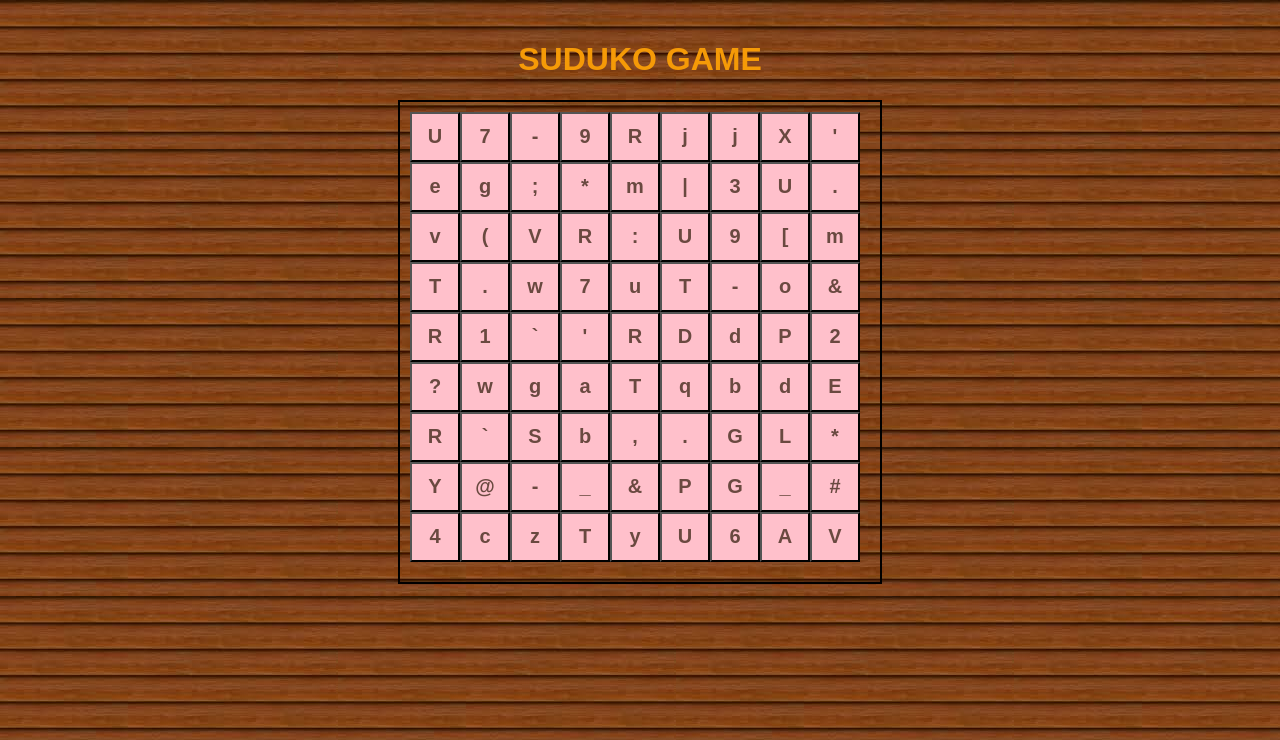
Repository: ahmad8969/Suduko-Game-React-App
Page: /
An editor plug-in stored every save of this project. The page is shown before and after the next save, followed by the edit.
The browser window is 1280 px wide. The pictures show the whole page.
Some web fonts or font styles are not loaded; a fallback is used. The project was rebuilt for these pictures with package versions that can differ from the ones it lists, and the page was loaded fresh each time.

Above is the page before, as saved 2021-03-11 14:07:37.

### src/index.js
import React from 'react';
import ReactDOM from 'react-dom';
import './index.css';
import Board from './board';
import reportWebVitals from './reportWebVitals';

ReactDOM.render(
  <React.StrictMode>
    <Board />
  </React.StrictMode>,
  document.getElementById('root')
);



// If you want to start measuring performance in your app, pass a function
// to log results (for example: reportWebVitals(console.log))
// or send to an analytics endpoint. Learn more: https://bit.ly/CRA-vitals
reportWebVitals();

### src/board.js
import React, { useState}  from 'react';   //{useState}
import './App.css';
import Block from './components/block'
import NineBlock from './components/nineBlockComponent';

// function useForceUpdate(){
//   const [counter,setCounter]= useState(0);
//   return setCounter(counter+1);


// }
function Board () {
  const xAxis_Selection_Array=   [];
  const yAxis_Selection_Array=   [];
  const DiagonalSelectionUpward_Selection_Array= [];
  const DiagonalSelectionUpwardLeftUp_selection_Array= [];
  const DiagonalSelectionDownward_selection_Array= [];
  const DiagonalSelectionDownwardLeftDown_selection_Array= [];
  const complete_blocks_Array = [];

  const nine_block_Element_into_Nine = [0,1,2,3,4,5,6,7,8];
  const single_block_Into_Nine = [0,1,2,3,4,5,6,7,8];
  const [getting_current_id, setGetting_current_id]=useState();
  const [Iid, setIid]=useState();
  const [Jid, setJid]=useState();
  const [isClicked,  setIsClicked]= useState(false);
  const [count,setCount]= useState(0);




  const Click = (idOfSpecificButton,i,j,click) =>{

    setGetting_current_id(idOfSpecificButton);
    setIid(i);
    setJid(j);
    setIsClicked(!click);
    setCount(count+1);
    console.log(Iid,Jid,getting_current_id);
  }

  const XaxisSelection = (i)=>{
    for(let xAxis= 0; xAxis<=8; xAxis++){
      let creatId= `${i}${xAxis}`;
      document.getElementById(creatId).style.backgroundColor="indigo";
      xAxis_Selection_Array.push(creatId);
    }
  }

  const YaxisSelection = (i)=> {
    for(let xAxis1= 0; xAxis1<=8; xAxis1++){
      let creatId=  `${xAxis1}${i}`;
      document.getElementById(creatId).style.backgroundColor="indigo";

      yAxis_Selection_Array.push(creatId);
    }
  }

  const DiagonalSelectionUpward = (selectedId)=>{
  let array_of_length= nine_block_Element_into_Nine.length;
  console.log(array_of_length);
  console.log(typeof(array_of_length));
  let get_the_id_of_current_box= parseInt(selectedId);
  console.log(get_the_id_of_current_box);
    for(let hello=get_the_id_of_current_box; hello>=0; hello-=array_of_length){
      if(hello<=9){
        if(hello===9){
          return;
        }else{
        var concatination = 0+`${hello}`;
        document.getElementById(concatination).style.backgroundColor="indigo";
        DiagonalSelectionUpward_Selection_Array.push(concatination);

      }
      } else if(hello===19 || hello===29 || hello===39 || hello===49 || hello===59 || hello===69 || hello===79){
        return;
      }
      else{
        document.getElementById(`${hello}`).style.backgroundColor="indigo";
        DiagonalSelectionUpward_Selection_Array.push(`${hello}`);

      }

    }
  }
        const DiagonalSelectionUpwardLeftUp = (selectedId)=>{
          let array_of_length= 2 + nine_block_Element_into_Nine.length;
          console.log(array_of_length);
          console.log(typeof(array_of_length));
          let get_the_id_of_current_box= parseInt(selectedId);
          console.log(get_the_id_of_current_box);
            for(let hello=get_the_id_of_current_box; hello>=0; hello-=array_of_length){
              if(hello<=9){
                var concatination = 0+`${hello}`;
                document.getElementById(concatination).style.backgroundColor="indigo";
                DiagonalSelectionUpwardLeftUp_selection_Array.push(concatination);
                return;

              } else if( hello===9 || hello===19 || hello===29 || hello===39 || hello===49 || hello===59 || hello===69 || hello===79){
                return;
              }
              else{
                document.getElementById(`${hello}`).style.backgroundColor="indigo";
                DiagonalSelectionUpwardLeftUp_selection_Array.push(`${hello}`);
              }
              console.log(DiagonalSelectionUpwardLeftUp_selection_Array);
            }

          }


        const DiagonalSelectionDownward= (selectedId)=>{
          let array_of_length= nine_block_Element_into_Nine.length;
          console.log(array_of_length);
          console.log(typeof(array_of_length));
          let get_the_id_of_current_box= parseInt(selectedId);
          console.log(get_the_id_of_current_box);
    for(let hello=get_the_id_of_current_box; hello<=88; hello+=array_of_length){
      if(hello===0){
        return;
      }
      else if(hello<=9){
        var concatination = 0+`${hello}`;
        document.getElementById(concatination).style.backgroundColor="indigo";
        DiagonalSelectionDownward_selection_Array.push(concatination);
      } else if(hello===19 || hello===29 || hello===39 || hello===49 || hello===59 || hello===69 || hello===79){
        return;
      }
      else{
        document.getElementById(`${hello}`).style.backgroundColor="indigo";
        DiagonalSelectionDownward_selection_Array.push(`${hello}`);
      }


    }console.log(DiagonalSelectionDownward_selection_Array)
        }
        const DiagonalSelectionDownwardLeftDown= (selectedId)=>{
          let array_of_length= 2 +  nine_block_Element_into_Nine.length;
  console.log(array_of_length);
  console.log(typeof(array_of_length));
  let get_the_id_of_current_box= parseInt(selectedId);
  console.log(get_the_id_of_current_box);
    for(let hello=get_the_id_of_current_box; hello<=88; hello+=array_of_length){
      if(hello === 0){
        return;
      }
      else if(hello<=9){
        var concatination = 0+`${hello}`;
        document.getElementById(concatination).style.backgroundColor="indigo";
        DiagonalSelectionDownwardLeftDown_selection_Array.push(concatination);
      } else if( hello===19 || hello===29 || hello===39 || hello===49 || hello===59 || hello===69 || hello===79){
        return;
      }
      else{
        document.getElementById(`${hello}`).style.backgroundColor="indigo";
        DiagonalSelectionDownwardLeftDown_selection_Array.push(`${hello}`);
      }

    }console.log(DiagonalSelectionDownwardLeftDown_selection_Array);
        }
        // const gettingRandomNumber = () => {
        //   let random = Math.floor(Math.random() * (65 - 90)) + 90;
        //   let character = String.fromCharCode(random);
        //   return character;
        // }

        const creatingReadOnlyBlock = () => {
          nine_block_Element_into_Nine.map((val)=>{
          return  single_block_Into_Nine.map((valu)=>{
              let valueOfId= `${val}${valu}`;
              return complete_blocks_Array.push(valueOfId);
            });
          })
        }
        const filter_two_arrays= ()=> {
          const complete_selection_array = [...xAxis_Selection_Array,
            ...yAxis_Selection_Array,
            ...DiagonalSelectionUpward_Selection_Array,
            ...DiagonalSelectionUpwardLeftUp_selection_Array,
            ...DiagonalSelectionDownward_selection_Array,
            ...DiagonalSelectionDownwardLeftDown_selection_Array
          ];
            let filteredId = complete_blocks_Array.filter((id) => !complete_selection_array.includes(id));
            filteredId.map((id) => {
              return (document.getElementById(id).disabled = true);
            });
        }

        const changeStateHandler = (getting_current_id,Iid,Jid) => {
          document.getElementById(getting_current_id).style.color="green";
          XaxisSelection(Iid);
          YaxisSelection(Jid);
          DiagonalSelectionUpward(getting_current_id);
          DiagonalSelectionDownward(getting_current_id);
          DiagonalSelectionDownwardLeftDown(getting_current_id);
          DiagonalSelectionUpwardLeftUp(getting_current_id);

        }
         if(Iid && Jid && getting_current_id !=null){
          if(count>1){
             return (

    <div className="App">
    <h1>SUDUKO GAME </h1>
    <div className="board_nine_block_Style">
    {nine_block_Element_into_Nine.map((s,i)=>{
      return(
      <div>

      <NineBlock id={i}>
        {single_block_Into_Nine.map((s,j)=>


          <Block  rowId={i}  click={Click} colId={j} keys={`${i}${j}`} isclick={isClicked}></Block>

        )}

      </NineBlock>
      </div>
      )
    })
    }
    </div>
    </div>
  );
          }
          changeStateHandler(getting_current_id,Iid,Jid);
          creatingReadOnlyBlock();
          filter_two_arrays();


        }


        // console.log(complete_selection_array);



        // console.log(complete_blocks_Array);




  return (

    <div className="App">
    <h1>SUDUKO GAME </h1>
    <div className="board_nine_block_Style">
    {nine_block_Element_into_Nine.map((s,i)=>{
      return(
      <div>

      <NineBlock id={i}>
        {single_block_Into_Nine.map((s,j)=>


          <Block  rowId={i}  click={Click} colId={j} keys={`${i}${j}`} isclick={isClicked}></Block>

        )}

      </NineBlock>
      </div>
      )
    })
    }
    </div>
    </div>
  );
}

export default Board;

### src/App.css
@import url('http://fonts.cdnfonts.com/css/game');
.App {
  text-align: center;
  background-image: url('images/download.jpg');
  color:rgb(245, 154, 7);
  padding-top:20px;
  font-family: 'GAME', sans-serif;
  /* display: flex; */
   height: 100vh !important;
  /* width: 490px !important; */
  margin: 0 auto;

}

.board_nine_block_Style{
  height: 460px !important;
  width: 460px !important;
  border:2px solid black !important;
  padding: 10px;
  margin:  auto !important;
  /* display: flex; */
  /* grid-column-gap: 0px !important;
  grid-row-gap: 0px !important;
  grid-template-columns:repeat(3,1fr)!important; */
}
.heading{
  color: white;
  text-align:center;
  padding-top:50px!important;
  /* margin-top: 10px!important; */
  font-size: 30px;

}


/* @keyframes App-logo-spin {
  from {
    transform: rotate(0deg);
  }
  to {
    transform: rotate(360deg);
  }
} */

### src/components/block.js
import React, {useState, useEffect} from 'react';

import './block.css';


const Block = ({rowId,colId,keys,click,isclick})=>{
    // var uniqueId = `${rowId}`+ `${colId}`;

    const[value, setValue]= useState()
    const[isClicked, setIsClicked]= useState(false);

    useEffect(() => {
    randomCharacters();
      }, []);
    const randomCharacters = () => {
    let random_ascii = Math.floor(Math.random() * (126 - 33 + 1)) + 33;
    let charVal = String.fromCharCode(random_ascii);
    setValue(charVal);
  };





    // const changeState = (e) => {
    //     setCounter(counter+1);

    //     if(counter == 0){
    //         props.click();
    //     setIsClicked(!isClicked);
    //     console.log(counter)
    //     }
    //     else if(counter > 0){
    //         console.log(counter)
    //         alert("jfksjfkjsalj")
    //         return;
    //     }

    // }
    const onChangeHandler = (e) =>{
        let getting_Current_Value = e.target.value;
        console.log(getting_Current_Value);
        setValue(getting_Current_Value)
    }
    const onKeyUpHandler = (e) =>{


        if(e.keyCode ===13){
            if(e.target.value ===''){
                alert("fill this");
            }else{
            setIsClicked(!isClicked);
        }
        }
    }
    const onFocusOuts = (e) =>{
        let previousValue = e.target.value;
        console.log(previousValue);
            if(previousValue === ''){
                setValue(value);
            }else{
                setValue(previousValue);
            }

    }

    if(isClicked){
        return <input className="inputStyle" value={value}
         onKeyUp={(e)=>{onKeyUpHandler(e)}}
         onChange={(e) => {onChangeHandler(e)}}
         onBlur={(e) => {onFocusOuts(e)}}
          type="text"/>;
    }

return(
    <div className="button_block">
    <button id={keys} onClick={(e)=>{setIsClicked(isclick);click(keys, rowId, colId,isClicked,e)}} value={value}> {value}</button>
    </div>

)
}

export default Block;

### src/components/nineBlockComponent.js
import React from 'react';
// import Block from './block'
import './block.css'

const NineBlockBox = (props) =>{

    return (
        <div className="nine_block_Style">
            {props.children}
        </div>
    )
}
export default NineBlockBox;




// {single_block_Into_Nine.map((s,i)=>{
//     let random = Math.floor(Math.random() * (49 - 57)) + 57;
//     const character = String.fromCharCode(random);

//   return(
//     <div>
//       {/* <Block keyId={i} boardId={props.id}  number={character}/> */}
//       {props.children}
//       </div>
//   )
//   })}

### src/components/block.css
.button_block button {
  height: 50px !important;
  width: 50px !important;
  /* background-image: url('../images/wood.jpg'); */
  /* background-color: aquamarine !important; */
  margin: 0 !important;
  font-size: 20px !important;
  font-weight: 600;
  /* color:rgb(109,84,62); */
  color: #6a4940;
  background-color: pink;
}
.nine_block_Style {
  /* height: 150px !important;
    width: 150px !important; */
  /* border:2px solid rgb(245, 154, 7) !important; */
  display: flex;
  /* margin: auto!important; */

  /* grid-template-columns:repeat(3,1fr)!important;
    grid-column-gap: 0px !important;
    grid-row-gap: 0px !important; */
}
.button_block1 {
  height: 40px !important;
  width: 40px !important;
  /* background-image: url('../images/wood.jpg'); */
  /* background-color: aquamarine !important; */
  margin: 0 !important;
  font-size: 20px !important;
  font-weight: 600;
  /* border:2px solid black; */
  /* color:rgb(109,84,62); */
  color: #6a4940;
}
.inputStyle {
  width: 42.7px !important;
  height: 44px !important;
  font-size: 20px !important;
  font-weight: 600;
  color: white;
  /* padding: auto!important; */
  text-align: center !important;
  background-color: green !important;
}

Loaded but not shown: public/index.html (common file); src/index.css (common file); src/reportWebVitals.js (common file)

After the next save:
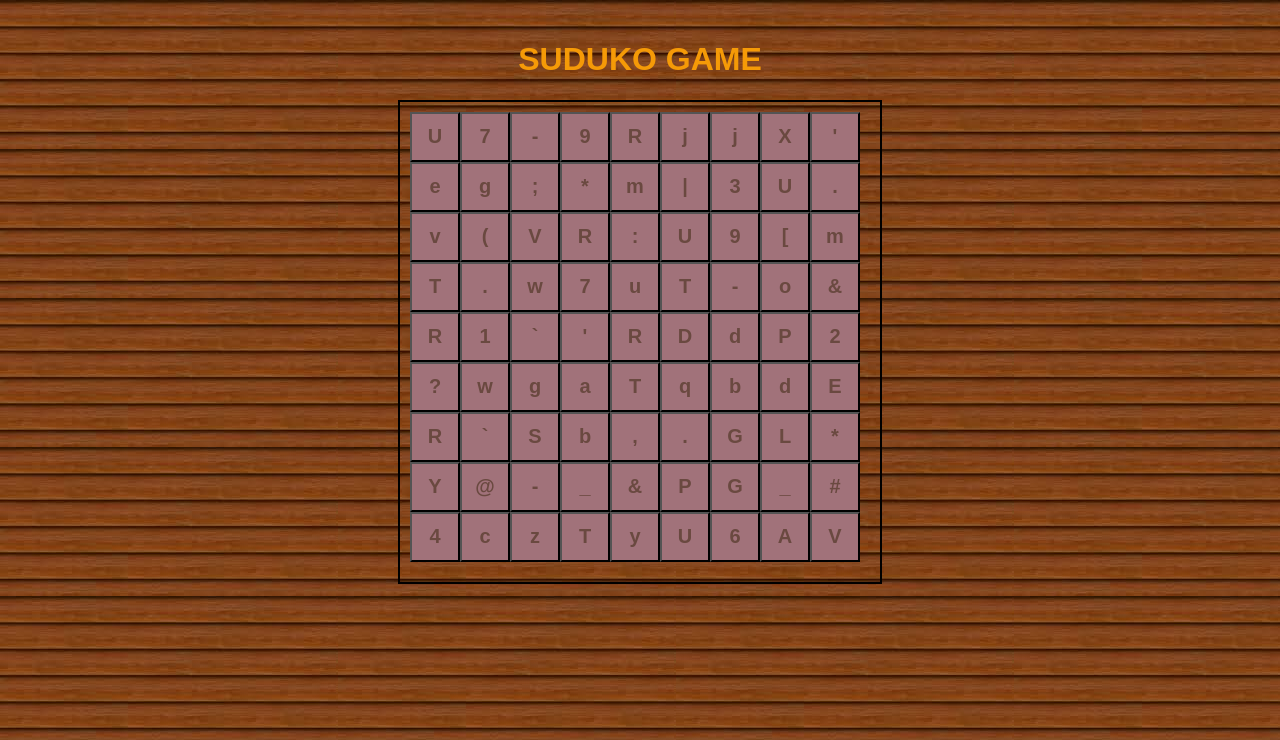
Saved 16 s later.
--- a/src/components/block.css
+++ b/src/components/block.css
@@ -8,7 +8,7 @@
   font-weight: 600;
   /* color:rgb(109,84,62); */
   color: #6a4940;
-  background-color: pink;
+  background-color: rgb(161, 114, 122);
 }
 .nine_block_Style {
   /* height: 150px !important;
